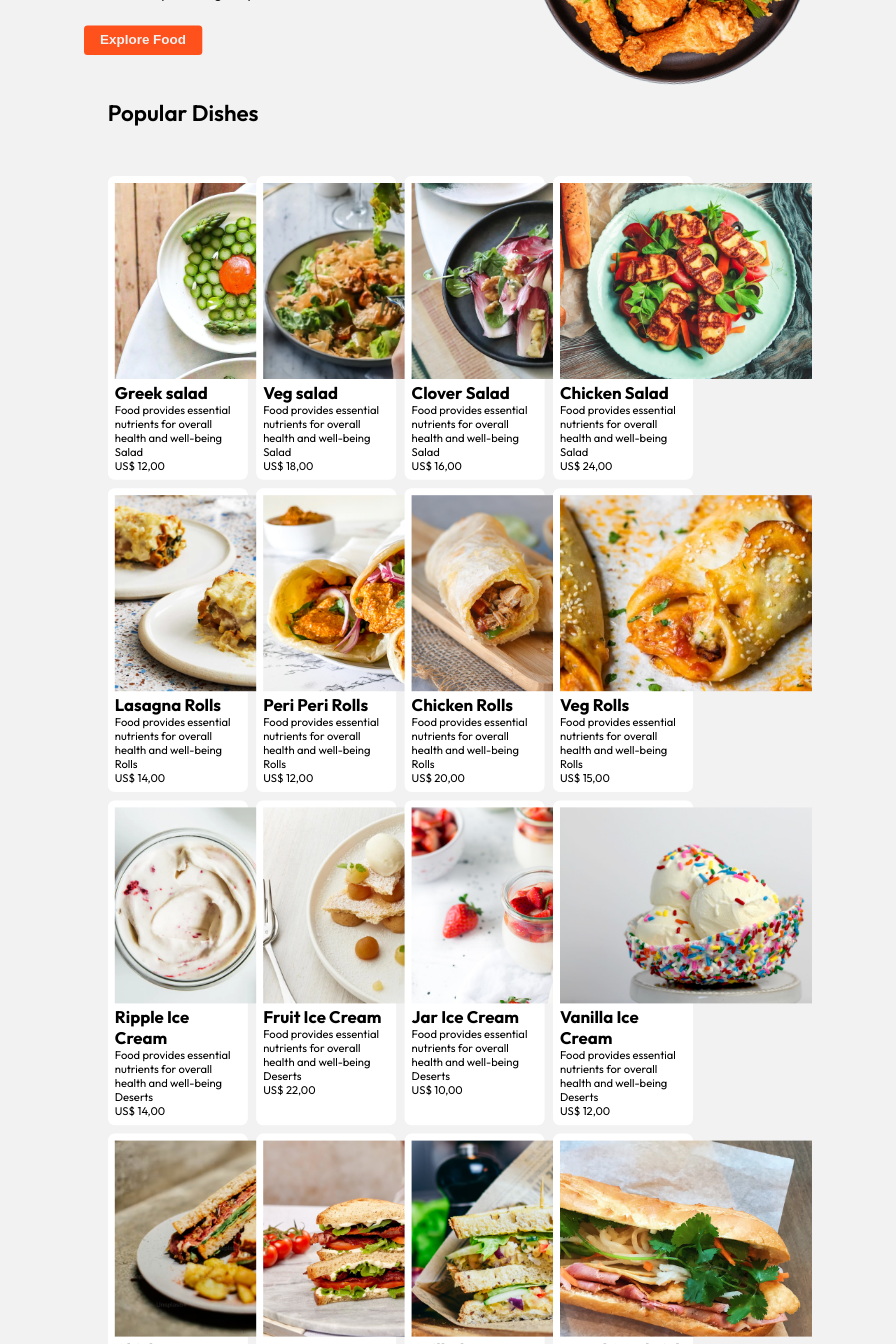
Repository: guilhermecardoso93/foodio
Page: /
These files come from the project's save history. The page is drawn as it stood at one moment and after a run of saves; the edit follows.
The browser window is 1280 px wide. The pictures show the part of the page from y = 498 to 2418 px (the page is 4476 px tall), at 70% of full size.
The project was rebuilt for these pictures with package versions that can differ from the ones it lists, and the page was loaded fresh each time. Also part of the build but not shown: vite.config.js, src/index.css.

Above is the page before, as saved 2024-11-05 20:11:22.

### index.html
<!doctype html>
<html lang="en">

<head>
    <meta charset="UTF-8" />
    <link rel="icon" type="image/svg+xml" href="/" />
    <link rel="preconnect" href="https://fonts.googleapis.com">
    <link rel="preconnect" href="https://fonts.gstatic.com" crossorigin>
    <link href="https://fonts.googleapis.com/css2?family=Inter:ital,opsz,wght@0,14..32,100..900;1,14..32,100..900&family=Outfit:wght@100..900&display=swap" rel="stylesheet">
    <meta name="viewport" content="width=device-width, initial-scale=1.0" />
    <title>Foodio</title>
</head>

<body>
    <div id="root"></div>
    <script type="module" src="/src/main.jsx"></script>
</body>

</html>

### src/main.jsx
import { StrictMode } from "react";
import { createRoot } from "react-dom/client";
import { App } from "./App.jsx";

import "./index.css";
createRoot(document.getElementById("root")).render(
  <StrictMode>
    <App />
  </StrictMode>
);

### src/App.jsx
import "./App.css";
import { Main } from "./components/Main";
import { Menu } from "./components/Menu";

export function App() {
  return (
    <>
      <Menu />
      <Main />
    </>
  );
}

### src/App.css
*, ::after, ::before {
  margin: 0;
  padding: 0;
  box-sizing: border-box;
}

body {
  margin: 0 100px;
  background-color: #f2f2f2;
  font-family: "Outfit", serif;
}

### src/components/Main/index.jsx
import imagem1 from "../../assets/images/image1.png";
import imagem5 from "../../assets/images/image5.png";
import { food_list } from "../../assets/assets";
import { CardItem } from "../CardItem";

import "./styles.css";

export function Main() {
  return (
    <main>
      <section className="grid">
        <div className="content">
          <div className="content-left">
            <div className="info">
              <h2>
                Order Your Best
                <br />
                Food anytime
              </h2>
              <p>
                Hey, our delicious food is waiting for you, <br /> We are always
                waiting for you with fresh items of food.
              </p>
            </div>
            <button>Explore Food</button>
          </div>
          <div className="content-right">
            <img src={imagem1} alt="" />
            <img src={imagem5} alt="" />
            <img src={imagem1} alt="" />{" "}
          </div>
        </div>
      </section>
      <section className="category">
        <div className="list-items">
          <h3>Popular Dishes</h3>
          <div className="card-list">
            {food_list.map((item, index) => {
              return (
                <CardItem
                  image={item.image}
                  name={item.name}
                  price={item.price}
                  description={item.description}
                  category={item.category}
                  key={index}
                />
              );
            })}
          </div>
        </div>
      </section>
    </main>
  );
}

### src/components/Menu/index.jsx
import "./styles.css";

export function Menu() {
  function toggleMenu() {}

  return (
    <div className="navbar">
      <div className="navbar-logo">
        <h1>
          Food<b>io</b>
        </h1>
      </div>
      <div className="hamburguer" onClick={toggleMenu()}>
        <span className="bar"></span>
        <span className="bar"></span>
        <span className="bar"></span>
      </div>
      <ul className="navbar-link">
        <li className="active">
          <a href="/">Home</a>
        </li>
        <li className="active">
          <a href="/">Menu</a>
        </li>
        <li className="active">
          <a href="/">Service</a>
        </li>
        <li className="active">
          <a href="/">About Us</a>
        </li>
        <li className="active">
          <a href="/">Gallery</a>
        </li>
      </ul>
      <div className="auth-buttons">
        <input type="submit" className="sign" value="Sign in" name="signin" />
        <input type="submit" className="sign" value="Sign Out" name="signout" />
      </div>
    </div>
  );
}

### src/assets/assets.js

import food_1 from './food/food_1.png'
import food_2 from './food/food_2.png'
import food_3 from './food/food_3.png'
import food_4 from './food/food_4.png'
import food_5 from './food/food_5.png'
import food_6 from './food/food_6.png'
import food_7 from './food/food_7.png'
import food_8 from './food/food_8.png'
import food_9 from './food/food_9.png'
import food_10 from './food/food_10.png'
import food_11 from './food/food_11.png'
import food_12 from './food/food_12.png'
import food_13 from './food/food_13.png'
import food_14 from './food/food_14.png'
import food_15 from './food/food_15.png'
import food_16 from './food/food_16.png'
import food_17 from './food/food_17.png'
import food_18 from './food/food_18.png'
import food_19 from './food/food_19.png'
import food_20 from './food/food_20.png'
import food_21 from './food/food_21.png'
import food_22 from './food/food_22.png'
import food_23 from './food/food_23.png'
import food_24 from './food/food_24.png'
import food_25 from './food/food_25.png'
import food_26 from './food/food_26.png'
import food_27 from './food/food_27.png'
import food_28 from './food/food_28.png'
import food_29 from './food/food_29.png'
import food_30 from './food/food_30.png'
import food_31 from './food/food_31.png'
import food_32 from './food/food_32.png'


export const food_list = [
    {
        _id: "1",
        name: "Greek salad",
        image: food_1,
        price: 12,
        description: "Food provides essential nutrients for overall health and well-being",
        category: "Salad"
    },
    {
        _id: "2",
        name: "Veg salad",
        image: food_2,
        price: 18,
        description: "Food provides essential nutrients for overall health and well-being",
        category: "Salad"
    }, {
        _id: "3",
        name: "Clover Salad",
        image: food_3,
        price: 16,
        description: "Food provides essential nutrients for overall health and well-being",
        category: "Salad"
    }, {
        _id: "4",
        name: "Chicken Salad",
        image: food_4,
        price: 24,
        description: "Food provides essential nutrients for overall health and well-being",
        category: "Salad"
    }, {
        _id: "5",
        name: "Lasagna Rolls",
        image: food_5,
        price: 14,
        description: "Food provides essential nutrients for overall health and well-being",
        category: "Rolls"
    }, {
        _id: "6",
        name: "Peri Peri Rolls",
        image: food_6,
        price: 12,
        description: "Food provides essential nutrients for overall health and well-being",
        category: "Rolls"
    }, {
        _id: "7",
        name: "Chicken Rolls",
        image: food_7,
        price: 20,
        description: "Food provides essential nutrients for overall health and well-being",
        category: "Rolls"
    }, {
        _id: "8",
        name: "Veg Rolls",
        image: food_8,
        price: 15,
        description: "Food provides essential nutrients for overall health and well-being",
        category: "Rolls"
    }, {
        _id: "9",
        name: "Ripple Ice Cream",
        image: food_9,
        price: 14,
        description: "Food provides essential nutrients for overall health and well-being",
        category: "Deserts"
    }, {
        _id: "10",
        name: "Fruit Ice Cream",
        image: food_10,
        price: 22,
        description: "Food provides essential nutrients for overall health and well-being",
        category: "Deserts"
    }, {
        _id: "11",
        name: "Jar Ice Cream",
        image: food_11,
        price: 10,
        description: "Food provides essential nutrients for overall health and well-being",
        category: "Deserts"
    }, {
        _id: "12",
        name: "Vanilla Ice Cream",
        image: food_12,
        price: 12,
        description: "Food provides essential nutrients for overall health and well-being",
        category: "Deserts"
    },
    {
        _id: "13",
        name: "Chicken Sandwich",
        image: food_13,
        price: 12,
        description: "Food provides essential nutrients for overall health and well-being",
        category: "Sandwich"
    },
    {
        _id: "14",
        name: "Vegan Sandwich",
        image: food_14,
        price: 18,
        description: "Food provides essential nutrients for overall health and well-being",
        category: "Sandwich"
    }, {
        _id: "15",
        name: "Grilled Sandwich",
        image: food_15,
        price: 16,
        description: "Food provides essential nutrients for overall health and well-being",
        category: "Sandwich"
    }, {
        _id: "16",
        name: "Bread Sandwich",
        image: food_16,
        price: 24,
        description: "Food provides essential nutrients for overall health and well-being",
        category: "Sandwich"
    }, {
        _id: "17",
        name: "Cup Cake",
        image: food_17,
        price: 14,
        description: "Food provides essential nutrients for overall health and well-being",
        category: "Cake"
    }, {
        _id: "18",
        name: "Vegan Cake",
        image: food_18,
        price: 12,
        description: "Food provides essential nutrients for overall health and well-being",
        category: "Cake"
    }, {
        _id: "19",
        name: "Butterscotch Cake",
        image: food_19,
        price: 20,
        description: "Food provides essential nutrients for overall health and well-being",
        category: "Cake"
    }, {
        _id: "20",
        name: "Sliced Cake",
        image: food_20,
        price: 15,
        description: "Food provides essential nutrients for overall health and well-being",
        category: "Cake"
    }, {
        _id: "21",
        name: "Garlic Mushroom ",
        image: food_21,
        price: 14,
        description: "Food provides essential nutrients for overall health and well-being",
        category: "Pure Veg"
    }, {
        _id: "22",
        name: "Fried Cauliflower",
        image: food_22,
        price: 22,
        description: "Food provides essential nutrients for overall health and well-being",
        category: "Pure Veg"
    }, {
        _id: "23",
        name: "Mix Veg Pulao",
        image: food_23,
        price: 10,
        description: "Food provides essential nutrients for overall health and well-being",
        category: "Pure Veg"
    }, {
        _id: "24",
        name: "Rice Zucchini",
        image: food_24,
        price: 12,
        description: "Food provides essential nutrients for overall health and well-being",
        category: "Pure Veg"
    },
    {
        _id: "25",
        name: "Cheese Pasta",
        image: food_25,
        price: 12,
        description: "Food provides essential nutrients for overall health and well-being",
        category: "Pasta"
    },
    {
        _id: "26",
        name: "Tomato Pasta",
        image: food_26,
        price: 18,
        description: "Food provides essential nutrients for overall health and well-being",
        category: "Pasta"
    }, {
        _id: "27",
        name: "Creamy Pasta",
        image: food_27,
        price: 16,
        description: "Food provides essential nutrients for overall health and well-being",
        category: "Pasta"
    }, {
        _id: "28",
        name: "Chicken Pasta",
        image: food_28,
        price: 24,
        description: "Food provides essential nutrients for overall health and well-being",
        category: "Pasta"
    }, {
        _id: "29",
        name: "Buttter Noodles",
        image: food_29,
        price: 14,
        description: "Food provides essential nutrients for overall health and well-being",
        category: "Noodles"
    }, {
        _id: "30",
        name: "Veg Noodles",
        image: food_30,
        price: 12,
        description: "Food provides essential nutrients for overall health and well-being",
        category: "Noodles"
    }, {
        _id: "31",
        name: "Somen Noodles",
        image: food_31,
        price: 20,
        description: "Food provides essential nutrients for overall health and well-being",
        category: "Noodles"
    }, {
        _id: "32",
        name: "Cooked Noodles",
        image: food_32,
        price: 15,
        description: "Food provides essential nutrients for overall health and well-being",
        category: "Noodles"
    }
]

### src/components/CardItem/index.jsx
import "./styles.css";

export function CardItem({ image, name, price, description, category }) {
  function formatarPreco(valor) {
    return new Intl.NumberFormat("pt-BR", {
      style: "currency",
      currency: "USD",
    }).format(valor);
  }

  return (
    <div className="card">
      <img src={image} alt="" />
      <div className="food-title">
        <h1>{name}</h1>
      </div>
      <div className="desc-food">
        <p>{description}</p>
        <p>{category}</p>
      </div>
      <div className="price">
        <span>{formatarPreco(price)}</span>
      </div>
    </div>
  );
}

### src/components/Main/styles.css
.content {
  display: grid;
  grid-template-columns: 50% auto;
  margin-top: 100px;
  gap: 30px;
  align-items: center;
  justify-content: space-between;
  width: 100%;
}

.content-left {
  display: block;
  width: 100%;
}

.content-left .info {
  max-width: 100%;
  display: flex;
  flex-direction: column;
}

.content-left .info h2 {
  font-size: 60px;
  margin-bottom: 30px;
}

.content-left .info p {
  font-size: 20px;
  line-height: 2pc;
  margin-bottom: 30px;
}

.content-left button {
  padding: 10px 23px;
  background-color: #ff511c;
  color: #f2f2f2;
  border-radius: 5px;
  border: none;
  cursor: pointer;
  font-weight: 600;
  font-size: 1.2rem;
  margin-bottom: 5px;
}

.content-left button:hover {
  color: #ff511c;
  background-color: #f2f2f2;
  border: solid 2px #ff511c;
  padding: 8px 21px;
}

.grid {
  width: 100%;
  max-width: 1200px;
  margin: 0 auto;
  padding: 20px;
}

.content-right {
  position: relative;
  height: 400px;
  width: 400px;
  display: flex;
  justify-content: center;
  align-items: center;
}

.content-right img {
  position: absolute;
  width: 100%;
  height: 100%;
  object-fit: cover;
  opacity: 0;
  animation: imageSwitch 15s infinite, rotate 3s linear infinite;
  transform-origin: center center;
}

.content-right img:nth-child(1) {
  animation-delay: 0s;
}

.content-right img:nth-child(2) {
  animation-delay: 5s;
}

.content-right img:nth-child(3) {
  animation-delay: 10s;
}

@keyframes rotate {
  from {
    transform: rotate(0deg);
  }

  to {
    transform: rotate(360deg);
  }
}

@keyframes imageSwitch {
  0%, 33% {
    opacity: 1;
  }

  34%, 100% {
    opacity: 0;
  }
}

.category {
  width: 100%;
  display: flex;
  margin-bottom: 50px;
  justify-content: center;
}

.category .list-items {
  width: 90%;
  position: relative;
  position: relative;
}

.category .list-items h3 {
  font-size: 2rem;
  font-weight: 600;
  margin-bottom: 70px;
}

.category .list-items .card-list {
  display: flex;
  flex-wrap: wrap;
  gap: 12px;
}

### src/components/Menu/styles.css
.navbar {
  width: 100%;
  display: flex;
  justify-content: space-between;
  align-items: center;
  padding: 30px 0;
}

.navbar-logo {
  font-weight: 600;
  color: rgb(122, 122, 122);
}

.navbar-logo b {
  color: #ff511c;
}

.navbar-link {
  display: flex;
  list-style: none;
}

.navbar-link li {
  margin-right: 30px;
}

.navbar-link li a {
  text-decoration: none;
  color: rgb(122, 122, 122);
  font-weight: 500;
  font-size: 17px;
}

.navbar-link li a:hover {
  color: #ff511c;
}

.navbar-link .active::after {
  content: "";
  width: 100%;
  height: 3px;
  background-color: #ff511c;
  display: flex;
  position: relative;
  margin-top: 3x;
}

.auth-buttons {
  display: flex;
  align-items: center;
  gap: 10px;
}

input {
  padding: 10px;
  cursor: pointer;
  font-weight: 600;
}

.sign {
  background: transparent;
  border: none;
  color: rgb(122, 122, 122);
  font-weight: 500;
  font-size: 17px;
  text-decoration: none;
}

.sign:hover {
  background-color: #ff511c;
  border-radius: 10px;
  color: black;
}

### src/components/CardItem/styles.css
.card {
  width: 200px;
  height: auto;
  display: block;
  padding:10px;
  border-radius: 10px;
  position: relative;
  background-color: #ffffff;outline: none;
}

After the next 2 saves:
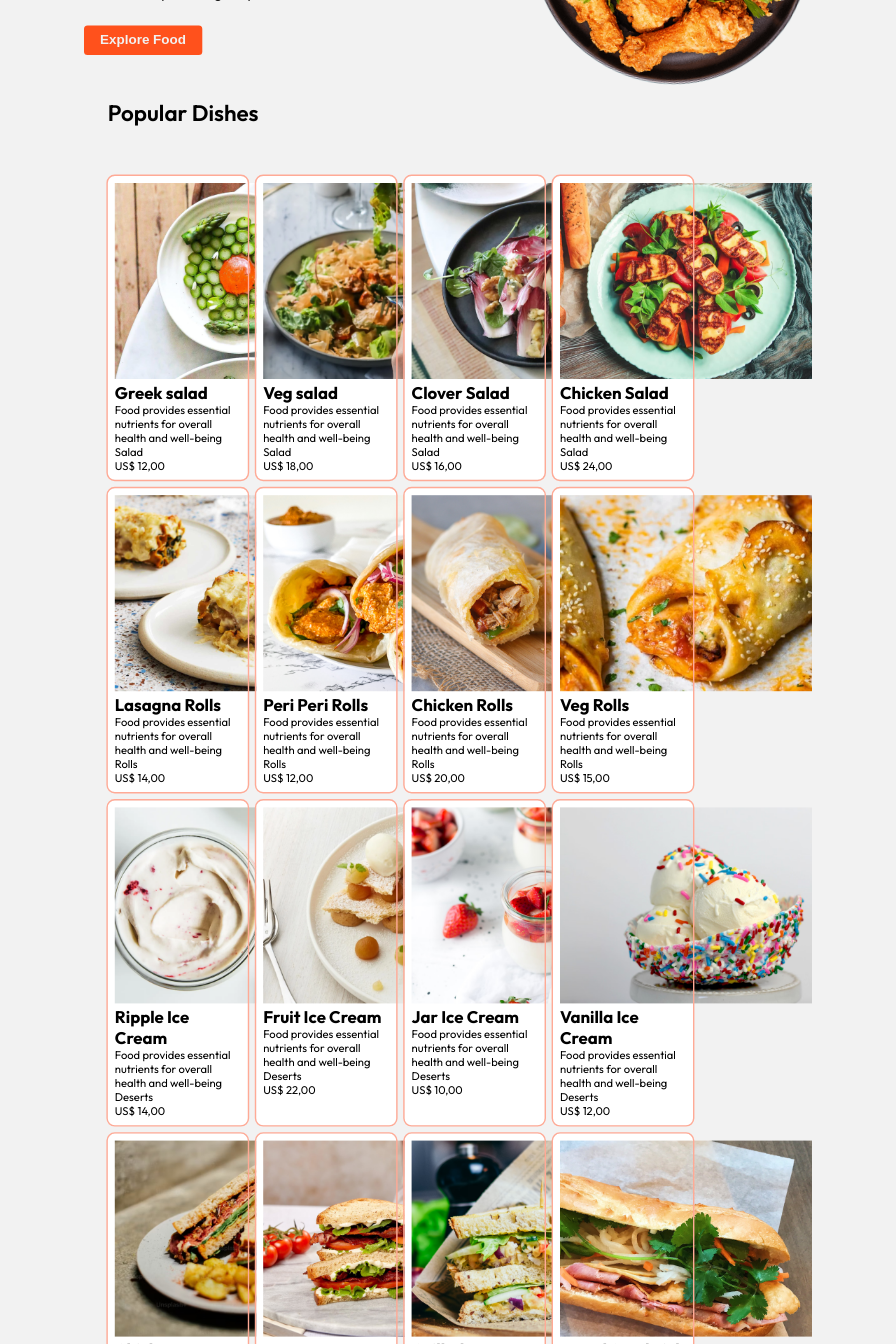
The 2 saves are shown as one change because they came seconds apart.
The last was saved 26 s later.
--- a/src/components/CardItem/styles.css
+++ b/src/components/CardItem/styles.css
@@ -2,8 +2,9 @@
   width: 200px;
   height: auto;
   display: block;
-  padding:10px;
+  padding: 10px;
   border-radius: 10px;
   position: relative;
-  background-color: #ffffff;outline: none;
+  background-color: #ffffff;
+  outline: 2px solid #ffaa96;
 }
